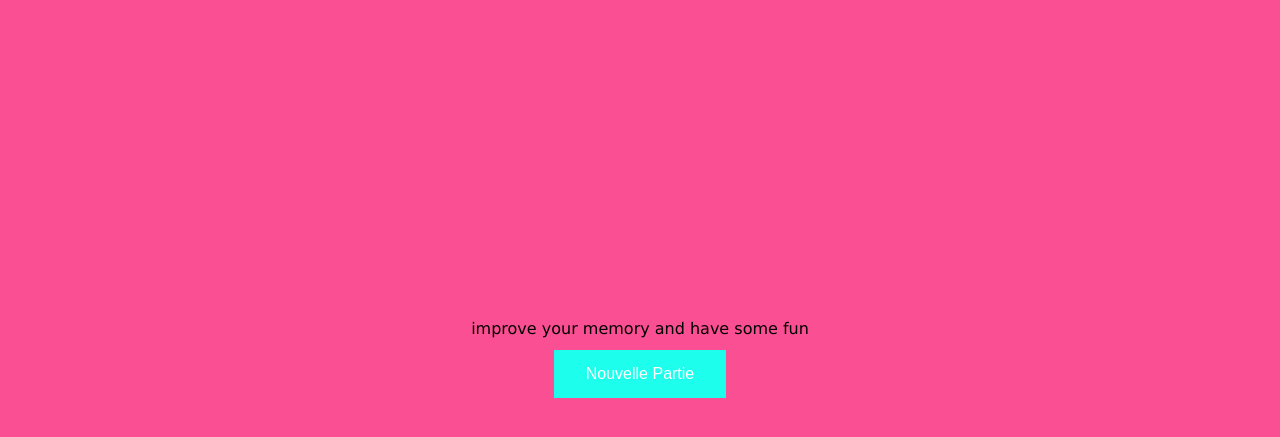
Repository: karim-sebih/react-memory
Page: / (app in react-memory/Memory/)
An editor plug-in stored every save of this project. The page is shown before and after the next save, followed by the edit.
The browser window is 1280 px wide. The pictures show the whole page.
The project was rebuilt for these pictures with package versions that can differ from the ones it lists, and the page was loaded fresh each time. Also part of the build but not shown: react-memory/Memory/vite.config.js, react-memory/Memory/src/components/Card.jsx, react-memory/Memory/src/components/Cards.jsx.

Above is the page before, as saved 2025-05-26 07:40:41.

After the next save:
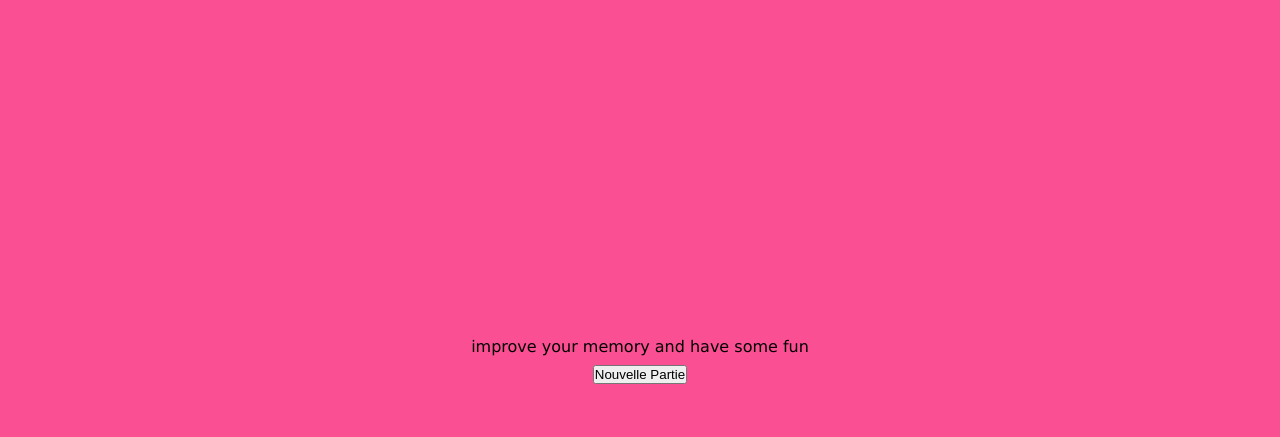
Saved 2 min 44 s later.
--- a/react-memory/Memory/src/components/button.css
+++ b/react-memory/Memory/src/components/button.css
@@ -1,15 +1,5 @@
 .new-game-button {
-  background-color: #1dffec;
-  border: none;
-  color: white;
-  padding: 15px 32px;
-  text-align: center;
-  text-decoration: none;
-  display: inline-block;
-  font-size: 16px;
-  margin: 4px 2px;
-  cursor: pointer;
-}
+
 
 .new-game-button:hover {
   background-color: #1dffec;

After the 3 saves that followed:
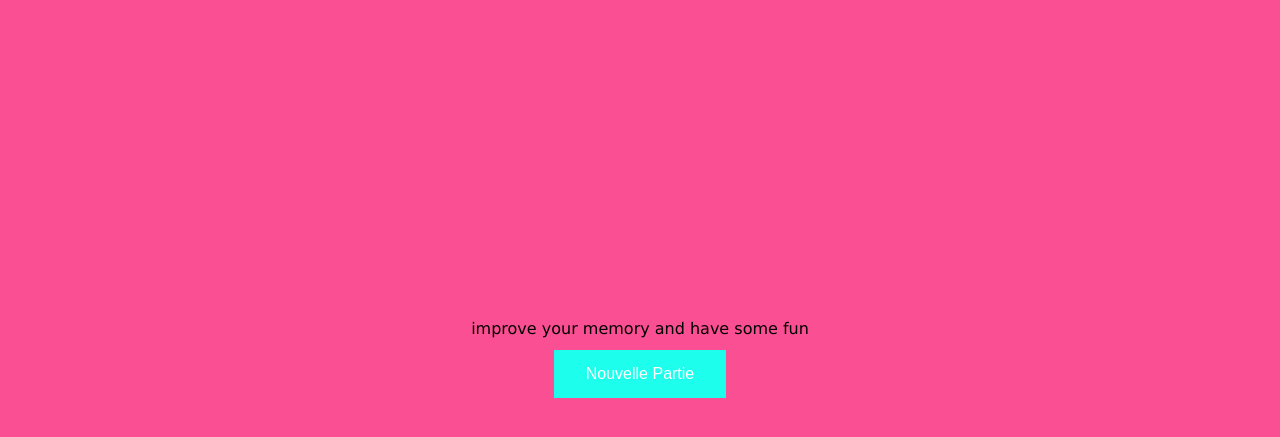
The 3 saves are shown as one change because they came seconds apart.
The last was saved 11 s later.
--- a/react-memory/Memory/src/components/button.css
+++ b/react-memory/Memory/src/components/button.css
@@ -1,14 +1,5 @@
 .new-game-button {
-
-
-.new-game-button:hover {
   background-color: #1dffec;
-  color: white;
-  box-shadow: 0 0 10px #1dffec, 0 0 20px #1dffec, 0 0 30px #1dffec;
-}
-
-.restart-button {
-  background-color: #2ecc71; /* A green shade for "Rejouer" */
   border: none;
   color: white;
   padding: 15px 32px;
@@ -20,6 +11,26 @@
   cursor: pointer;
 }
 
+.new-game-button:hover {
+  background-color: #1dffec;
+  color: white;
+  box-shadow: 0 0 10px #1dffec, 0 0 20px #1dffec, 0 0 30px #1dffec;
+}
+
+.restart-button {
+  background-color: #1dffec;
+  border: none;
+  color: white;
+  padding: 15px 32px;
+  text-align: center;
+  text-decoration: none;
+  display: inline-block;
+  font-size: 16px;
+  margin: 4px 2px;
+  cursor: pointer;
+}
+
+
 .restart-button:hover {
   background-color: #27ae60; /* Darker green on hover */
   color: white;
